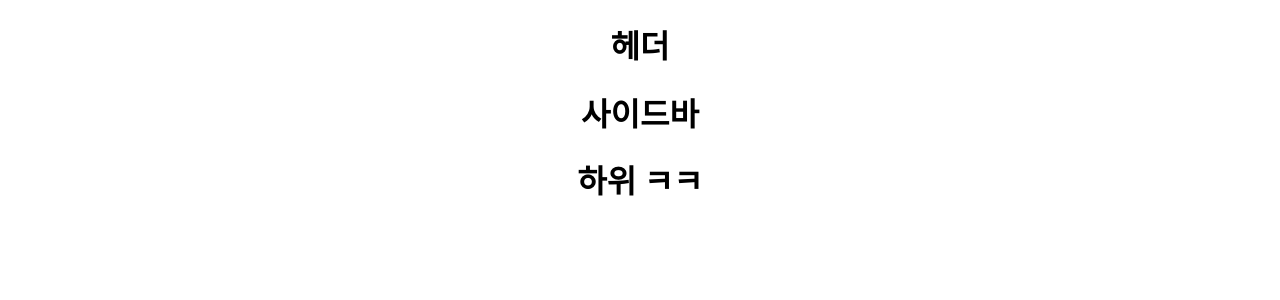
Repository: yangddoddi/community_react
Page: /
These files come from the project's save history. The page is drawn as it stood at one moment and after the next save; the edit follows.
The browser window is 1280 px wide. The pictures show the whole page.
The page's requests for data from a server got no answer. The project was rebuilt for these pictures with package versions that can differ from the ones it lists, and the page was loaded fresh each time. No one was signed in, and anything a server would have sent is missing. Also part of the build but not shown: src/App.css.

Above is the page before, as saved 2022-08-16 23:16:25.

After the next save:
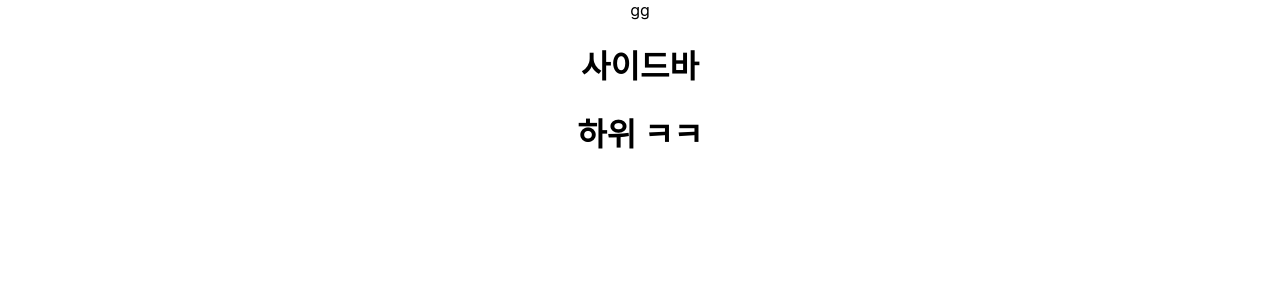
Saved 81 s later.
--- a/src/components/Header.js
+++ b/src/components/Header.js
@@ -1,5 +1,9 @@
-import style from "./Header.module.scss";
+import styles from "./Header.module.scss";
 
 export const Header = () => {
-  return <h1>헤더</h1>;
+  return (
+    <header className={styles.header}>
+      <div>gg</div>
+    </header>
+  );
 };
